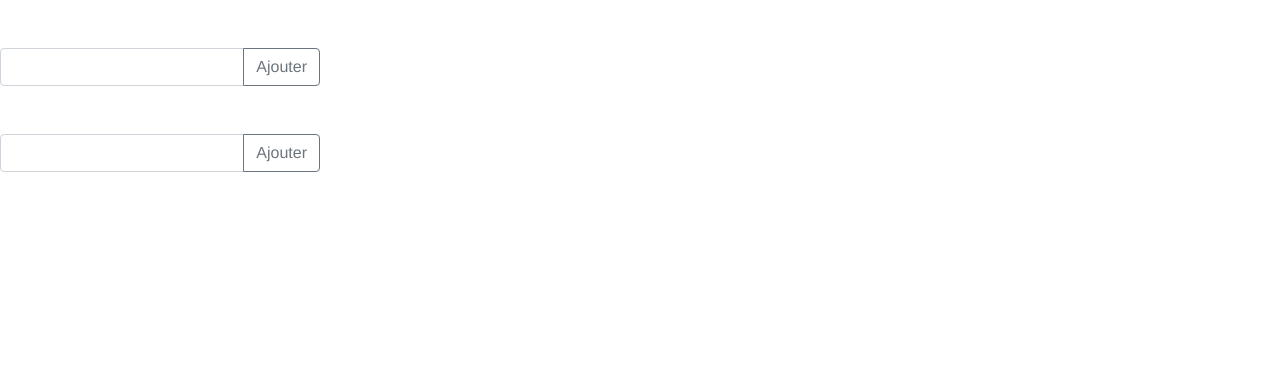
Repository: corentin-e-student/test-vue
Page: /
An editor plug-in stored every save of this project. The page is shown before and after the next save, followed by the edit.
The browser window is 1280 px wide. The pictures show the whole page.
The project was rebuilt for these pictures with package versions that can differ from the ones it lists, and the page was loaded fresh each time. Also part of the build but not shown: vue.config.js.

Above is the page before, as saved 2023-02-28 14:36:53.

After the next save:
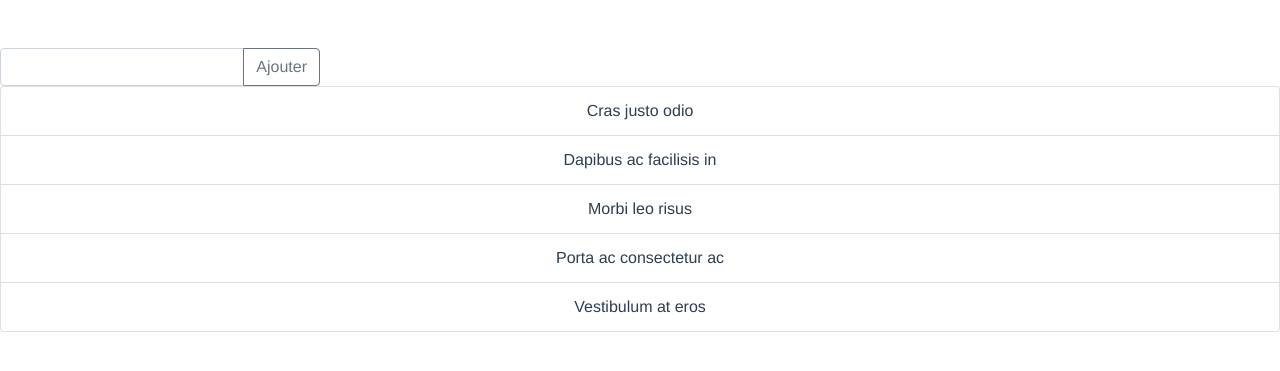
Saved 9 min 44 s later.
--- a/src/components/TodoList.vue
+++ b/src/components/TodoList.vue
@@ -1,11 +1,12 @@
 <template>
     <div class="hello">
-      <b-input-group class="w-25 mt-5">
-        <b-form-input type="number" min="0.00"></b-form-input>
-        <b-input-group-append>
-          <b-button variant="outline-secondary">Ajouter</b-button>
-        </b-input-group-append>
-      </b-input-group>
+        <b-list-group>
+            <b-list-group-item>Cras justo odio</b-list-group-item>
+            <b-list-group-item>Dapibus ac facilisis in</b-list-group-item>
+            <b-list-group-item>Morbi leo risus</b-list-group-item>
+            <b-list-group-item>Porta ac consectetur ac</b-list-group-item>
+            <b-list-group-item>Vestibulum at eros</b-list-group-item>
+        </b-list-group>
     </div>
   </template>
 
